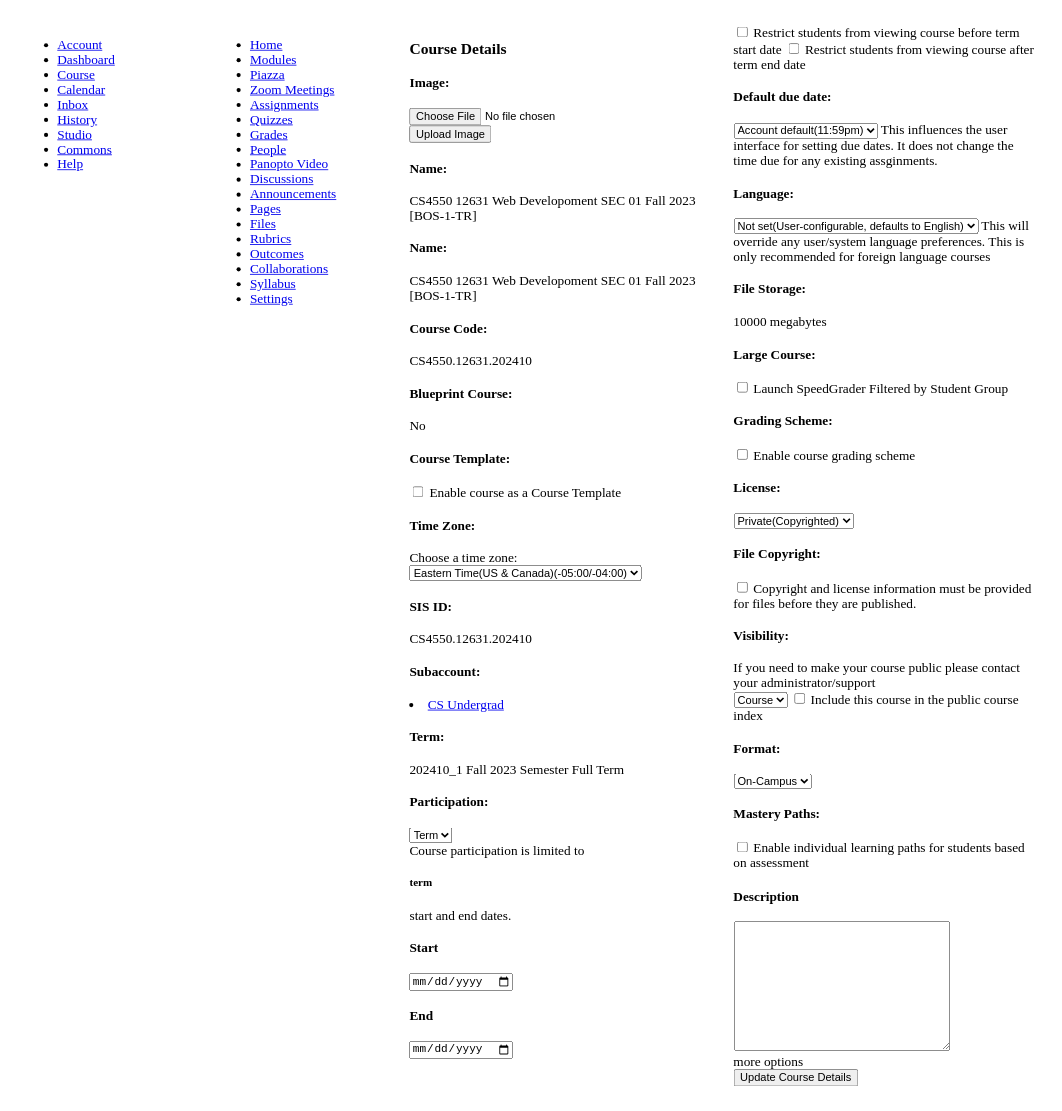
Repository: yuqiant/kanbas-react-web-app
Page: public/kanbas/coursesetting.html
The author's editor kept a copy of each file at every save. The page is drawn from the files as they stood at one save, then again after the next save.
The browser window is 1280 px wide. The pictures show the whole page, at 83% of full size.

Above is the page before, as saved 2023-09-16 16:06:06.

After the next save:
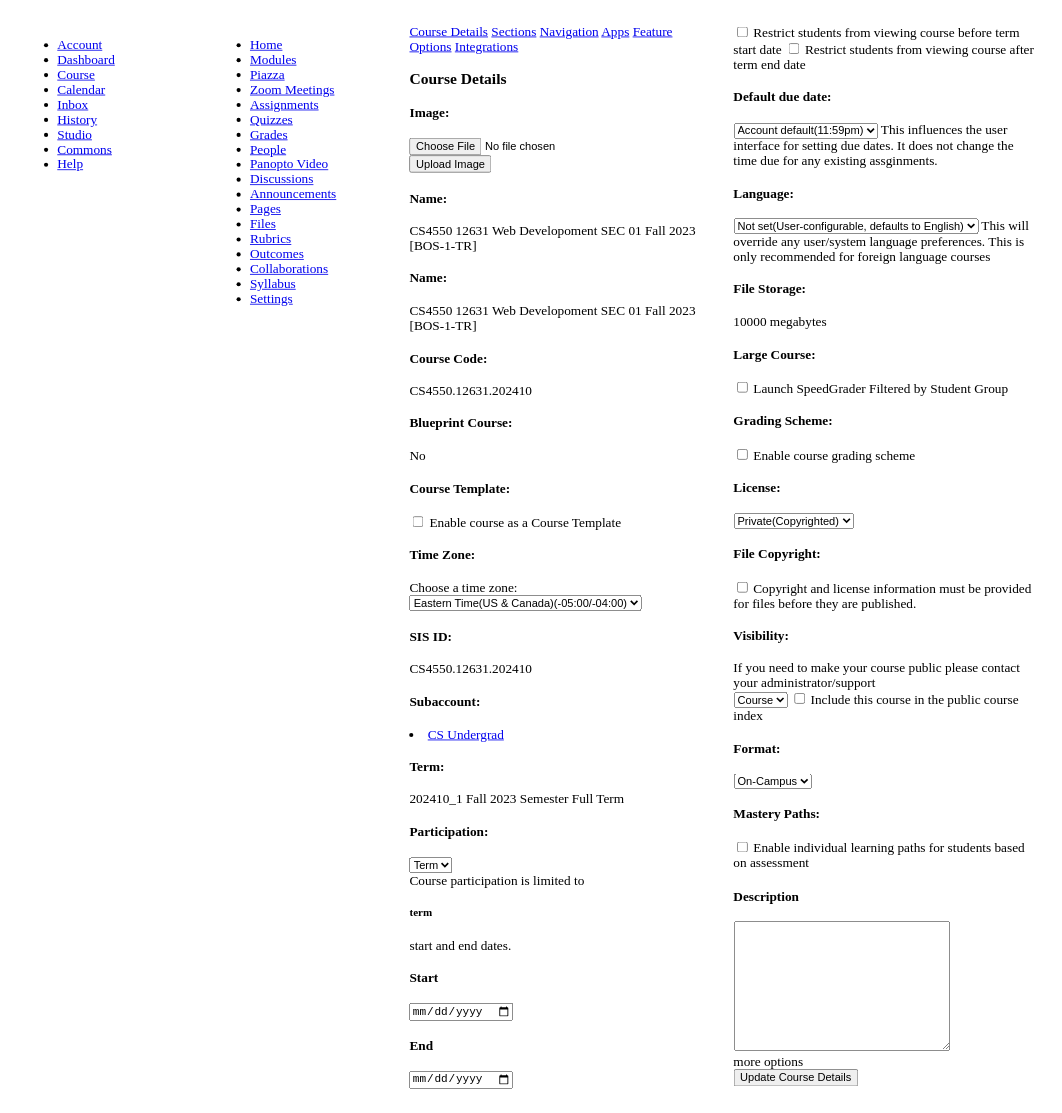
Saved 3 min 7 s later.
--- a/public/kanbas/coursesetting.html
+++ b/public/kanbas/coursesetting.html
@@ -59,6 +59,12 @@
                 </ul>
             </td>
             <td id="thirdColumn" style="width: 250px;">
+                <a href="#">Course Details</a>
+                <a href="#">Sections</a>
+                <a href="#">Navigation</a>
+                <a href="#">Apps</a>
+                <a href="#">Feature Options</a>
+                <a href="#">Integrations</a>
                 <h3>Course Details</h3>
 
                 <h4>Image:</h4>
